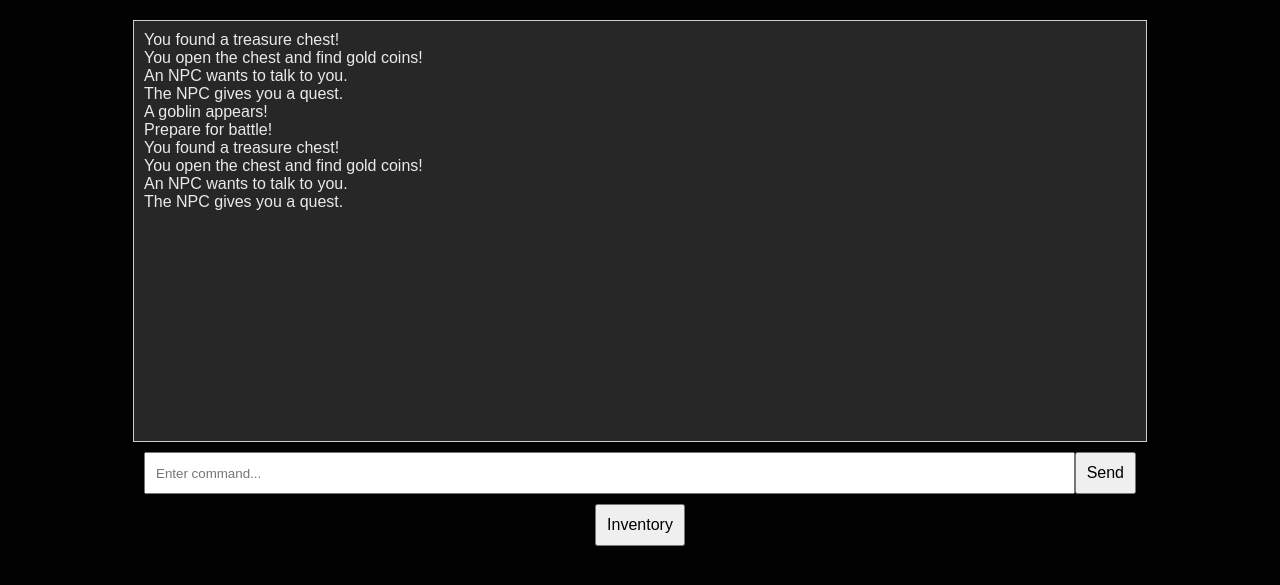
Repository: paragonmac/SUD
Page: index.html
An editor plug-in stored every save of this project. The page is shown before and after the next save, followed by the edit.
The browser window is 1280 px wide. The pictures show the whole page.

Above is the page before, as saved 2024-06-29 21:01:15.

After the next save:
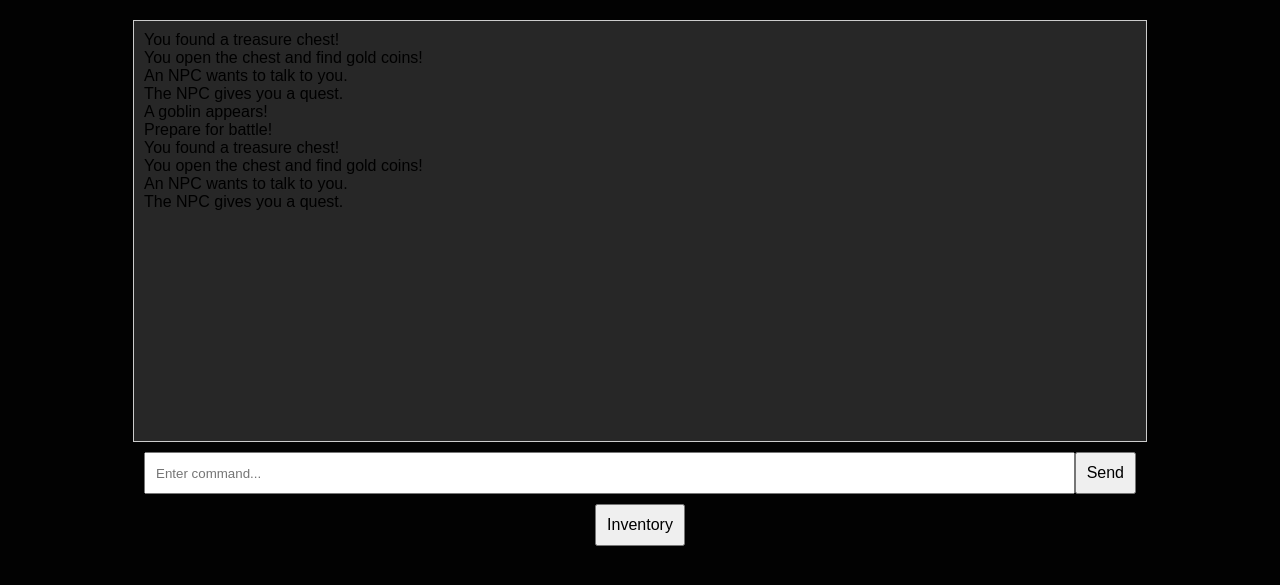
Saved 107 s later.
--- a/style.css
+++ b/style.css
@@ -13,7 +13,6 @@ body {
 #world-window {
     width: 80%;
     height: 400px;
-    color:#eaeaea ;
     background-color: #272727;
     border: 1px solid #ccc;
     margin-bottom: 10px;
